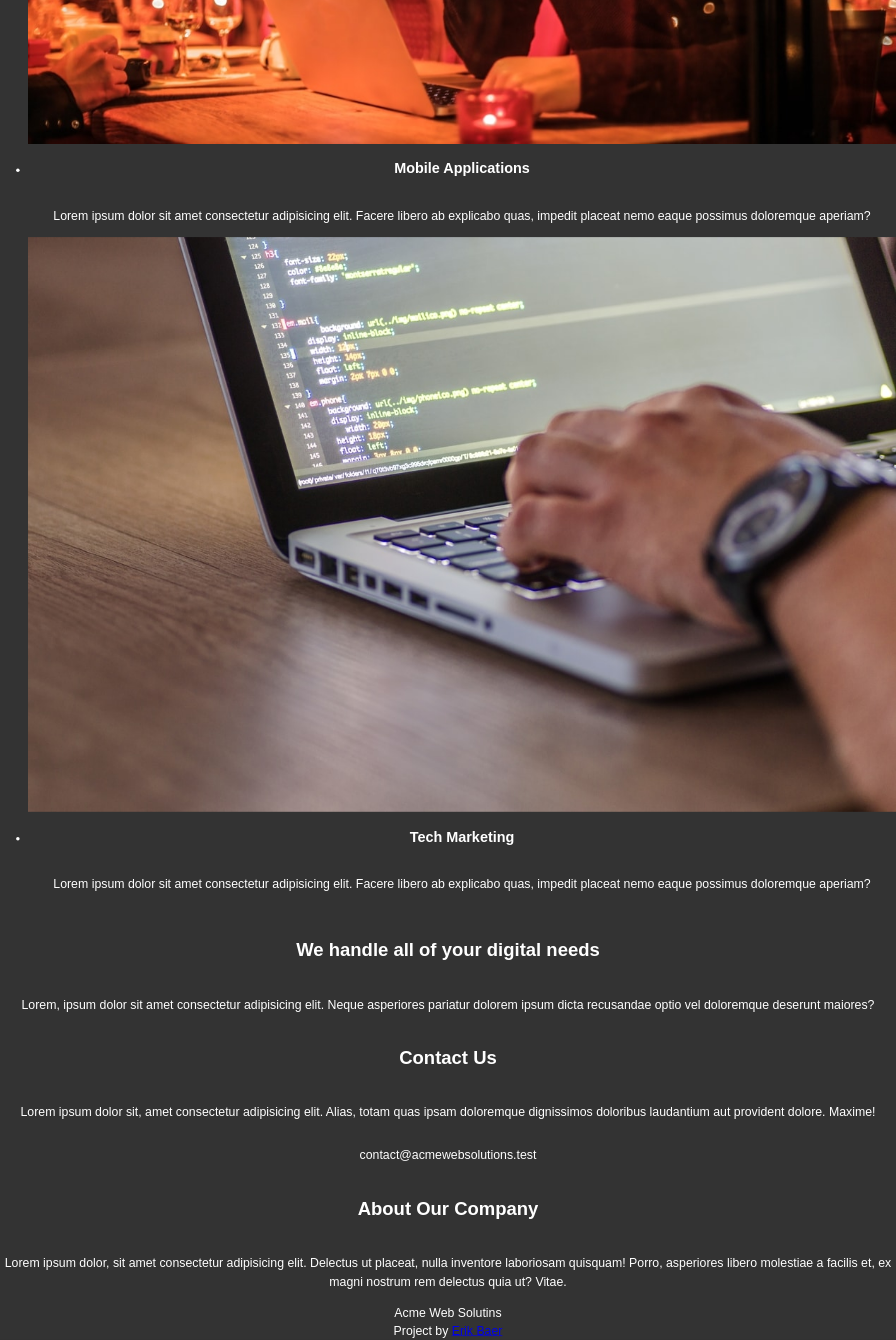
Repository: ErikBaer/MobileFirst
Page: index.html
An editor plug-in stored every save of this project. The page is shown before and after the next save, followed by the edit.
The browser window is 1280 px wide. The pictures show the part of the page from y = 2224 to 4144 px (the page is 4138 px tall before and 4144 px after), at 70% of full size.

Above is the page before, as saved 2020-02-15 02:51:43.

### index.html
<!DOCTYPE html>
<html lang="en">
<head>
    <meta charset="UTF-8">
    <meta name="viewport" content="width=device-width, initial-scale=1.0">
    <link rel="stylesheet" type="text/css" href="style.css">
    <title>Acme Web Solutions</title>
</head>
<body>
    <!--Header Showcase -->
   <header id="showcase" class="grid">
    <div class="bg-image"></div>
    <h1>Welcome to Acme Web Solutions</h1>
    <p>Lorem ipsum, dolor sit amet consectetur adipisicing elit.
         Consequuntur voluptas sed, rerum voluptatibus facilis
         earum consectetur repellendus? Natus, consequuntur cum!
        </p>
    <a href="#section-b" class="btn">Read More</a>
</header>

<!-- Main Area -->

<main id="main">

    <!-- Section A -->

    <section id="section-a" class="grid">
        <div class="content-wrap">
            <h2 class="content-title">Web & Application Development</h2>
            <p>Lorem ipsum dolor sit amet consectetur, adipisicing elit.
                Distinctio, unde, natus excepturi illum maxime animi
                voluptatum tempore, aperiam voluptate sapiente enim quod
                 eligendi illo accusamus vel adipisci? Quos minus eius
                 perspiciatis ut, aliquam quidem ullam minima illo
                 repellendus earum quae.</p>
        </div>
    </section>

    <!-- Section B -->

    <section id="section-b" class="grid">
        <ul>
            <li>
                <div class="card">
                    <img src="./Assets/Coding-Person.jpg" alt="">
                    <div class="card-content">
                        <h3 class="card-title">web Development</h3>
                        <p>Lorem ipsum dolor sit amet consectetur
                            adipisicing elit. Facere libero ab explicabo
                            quas, impedit placeat nemo eaque possimus
                            doloremque aperiam?</p>
                    </div>
                </div>
            </li>
            <li>
                <div class="card">
                    <img src="./Assets/mobile-man.jpg" alt="">
                    <div class="card-content">
                        <h3 class="card-title">Mobile Applications</h3>
                        <p>Lorem ipsum dolor sit amet consectetur
                            adipisicing elit. Facere libero ab explicabo
                            quas, impedit placeat nemo eaque possimus
                            doloremque aperiam?</p>
                    </div>
                </div>
            </li>
            <li>
                <div class="card">
                    <img src="./Assets/Coding-Person.jpg" alt="">
                    <div class="card-content">
                        <h3 class="card-title">Tech Marketing</h3>
                        <p>Lorem ipsum dolor sit amet consectetur
                            adipisicing elit. Facere libero ab explicabo
                            quas, impedit placeat nemo eaque possimus
                            doloremque aperiam?</p>
                    </div>
                </div>
            </li>
        </ul>
    </section>

    <!-- Section C -->
    <section id="section-c" class="grid">
        <div class="content-wrap">
            <h2 class="content-title"> We handle all of your digital needs</h2>
            <p>Lorem, ipsum dolor sit amet consectetur adipisicing elit.
                Neque asperiores pariatur dolorem ipsum dicta recusandae
                 optio vel doloremque deserunt maiores?</p>
        </div>
    </section>

    <!-- Section D -->

    <section class="section-d grid">
        <div class="box">
            <h2 class="content-title">Contact Us</h2>
            <p>Lorem ipsum dolor sit, amet consectetur adipisicing elit.
                 Alias, totam quas ipsam doloremque dignissimos doloribus
                 laudantium aut provident dolore. Maxime!</p>
            <p>contact@acmewebsolutions.test</p>
        </div>
        <div class="box">
            <h2 class="content-title">About Our Company</h2>
            <p>Lorem ipsum dolor, sit amet consectetur adipisicing elit.
                Delectus ut placeat, nulla inventore laboriosam quisquam!
                Porro, asperiores libero molestiae a facilis et, ex magni
                 nostrum rem delectus quia ut? Vitae.</p>
        </div>
    </section>
</main>

<!-- Footer -->

<footer id="main-footer" class="grid">
    <div>Acme Web Solutins</div>
    <div>Project by <a href="www.baerdata.de" target="blank">Erik Baer</a></div>
</footer>

</body>
</html>

### style.css
body {
    margin: 0;
    font-family: Arial, Helvetica, sans-serif;
    background-color: #333;
    color: white;
    font-size:1.1em;
    line-height: 1.5;
    text-align: center;
}

img {
    display:block;
    width:100%;
    height: auto;
}

h1, h2, h3 {
    margin:0;
    padding: 1em 0;
}

p {
    margin: 0;
    padding: 1em 0;
}

.btn {
    display: inline-block;
    background: 333;
    color: white;
    text-decoration: none;
    padding: 1em 2em;
    border: 1px solid #666;
    margin: .5em 0
}

.btn:hover {
  background: #eaeaea;
  color: #333;
}

/* Header Showcase */

#showcase {
    min-height: 450px;
    color: #fff;
    text-align: center;
}

#showcase .bg-image {
    position: absolute;
    background: #333 url(/Assets/charts.jpg);
    background-position: center;
    background-repeat: no-repeat;
    background-size: cover;
    width: 100%;
    height: 450px;
}

After the next save:
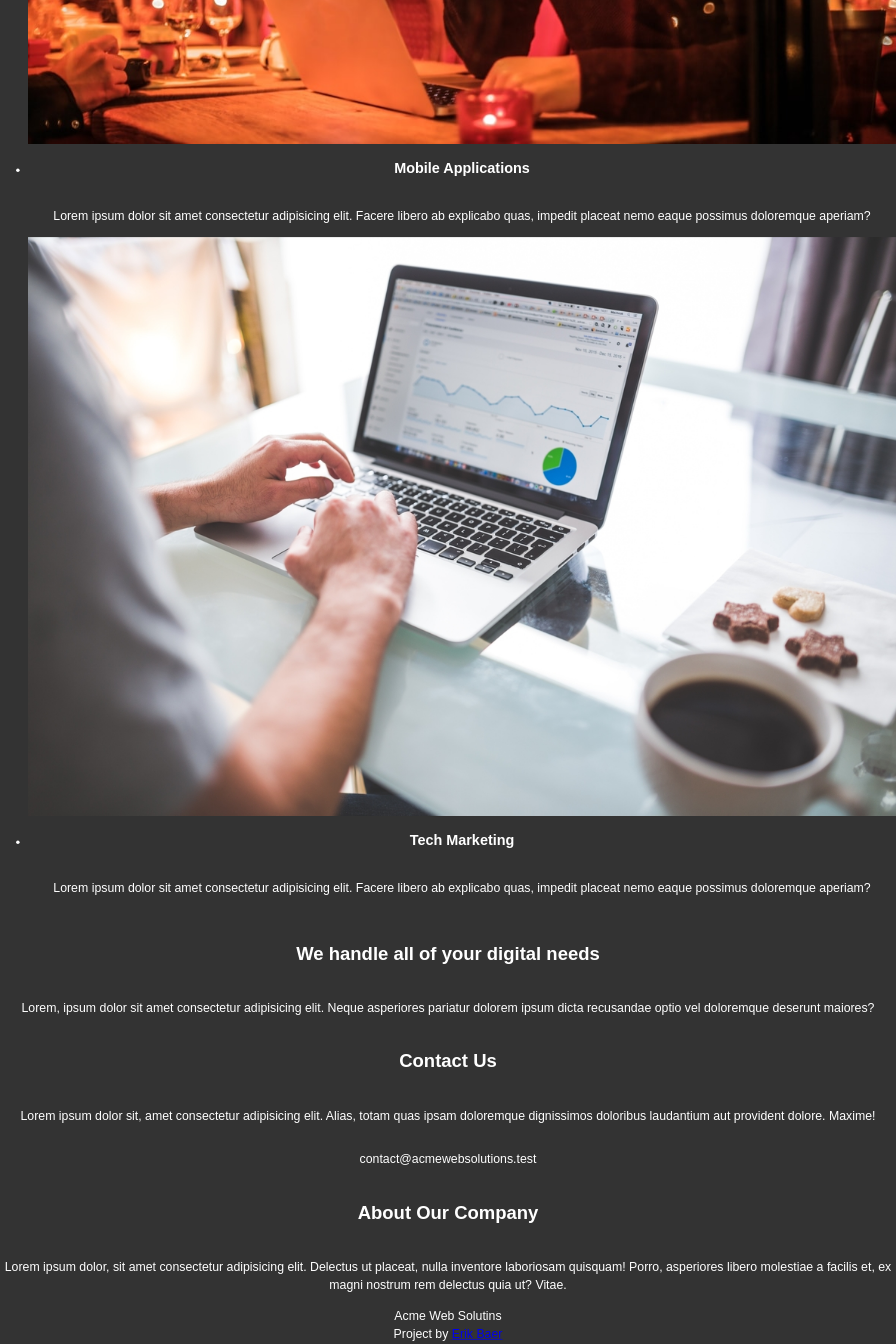
Saved 27 s later.
--- a/index.html
+++ b/index.html
@@ -66,7 +66,7 @@
             </li>
             <li>
                 <div class="card">
-                    <img src="./Assets/Coding-Person.jpg" alt="">
+                    <img src="./Assets/Charts.jpg" alt="">
                     <div class="card-content">
                         <h3 class="card-title">Tech Marketing</h3>
                         <p>Lorem ipsum dolor sit amet consectetur
